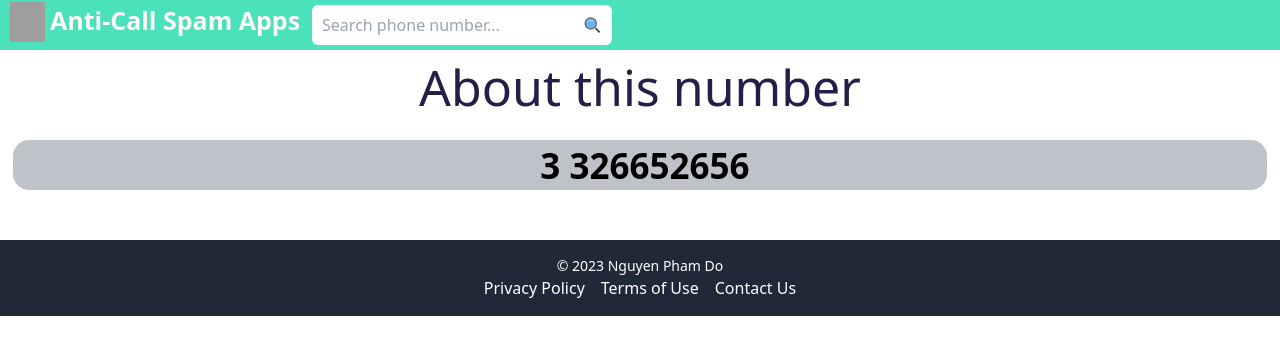
Repository: NPham1402/Web-user-callSpamBlocker
Page: /detail
An editor plug-in stored every save of this project. The page is shown before and after the next save, followed by the edit.
The browser window is 1280 px wide. The pictures show the whole page.
Pictures or frames that could not be fetched are drawn as grey boxes. The page's requests for data from a server got no answer. The project was rebuilt for these pictures with package versions that can differ from the ones it lists, and the page was loaded fresh each time. The framework's server and built-in components were replaced by stand-ins that run in the browser. No one was signed in, and anything a server would have sent is missing. Also part of the build but not shown: next.config.js.

Above is the page before, as saved 2023-02-13 15:50:31.

### pages/detail.js
import axios from "axios";
import Head from "next/head";
import { useRouter } from "next/router";
import React, { useEffect } from "react";
import { FcSearch } from "react-icons/fc";
import MiniCompoent from "./components/miniCompoent";
function detail() {
  const router = useRouter();
  const {
    query: { id },
  } = router;
  useEffect(() => {
    axios.get("");
  }, []);
  return (
    <>
      {" "}
      <Head>
        <title>Check number spam</title>
        <meta name="description" content="Generated by create next app" />
        <meta name="viewport" content="width=device-width, initial-scale=1" />
        <link rel="icon" href="/favicon.ico" />
      </Head>
      <main className="relative">
        <div className="w-100 pl-[10px] pt-[2px] flex flex-row h-[50px] bg-[#4BE1BA]">
          <img
            src="https://static.callblocker.org/img/logo.png"
            className=" w-[35px] h-[40px]"
          />
          <p className="pl-[5px] pt-[6px] leading-none font-Raleway font-bold text-[25px] text-[#FFF8F8] ">
            Anti-Call Spam Apps
          </p>
          <div className="flex flex-row p-[10px] rounded-[6px]  w-[300px] h-[40px] ml-[12px] mt-[3px] bg-white">
            <input
              className="w-full h-full outline-none"
              placeholder="Search phone number..."
            />
            <FcSearch className="text-[20px] cursor-pointer" />
          </div>
        </div>
        <p className=" font-medium text-[50px] text-center text-[#221f49] ">
          About this number
        </p>
        <div className="w-[98%] my-[15px] rounded-[16px]  mx-auto h-[50px] bg-[#bfc3c9]">
          <MiniCompoent
            types="line"
            headerLine="Number Phone"
            contents="3
          326652656"
          />
        </div>
      </main>
      <footer className="bg-gray-800 mt-[50px] text-white py-4">
        <div className="container mx-auto">
          <p className="text-center text-sm">&copy; 2023 Nguyen Pham Do</p>
          <div className="flex justify-center">
            <a href="#" className="text-white mx-2">
              Privacy Policy
            </a>
            <a href="#" className="text-white mx-2">
              Terms of Use
            </a>
            <a href="#" className="text-white mx-2">
              Contact Us
            </a>
          </div>
        </div>
      </footer>
    </>
  );
}

export default detail;

### styles/globals.css
@tailwind base;
@tailwind components;
@tailwind utilities;
@import url('https://fonts.googleapis.com/css2?family=Raleway:ital&display=swap');

### pages/components/miniCompoent.js
import React from "react";

export default function MiniCompoent(props) {
  return props.types == "line" ? (
    <div className="flex flex-row">
      <p className="text-[20px] font-semibold ml-[10px]  my-auto align-text-bottom">
        {props.headerLines}
      </p>
      <p className="text-[35px] m-auto font-bold">{props.contents}</p>
    </div>
  ) : (
    <></>
  );
}

Loaded but not shown: pages/_app.js (common file); pages/_document.js (common file); tailwind.config.js (common file)

After the next save:
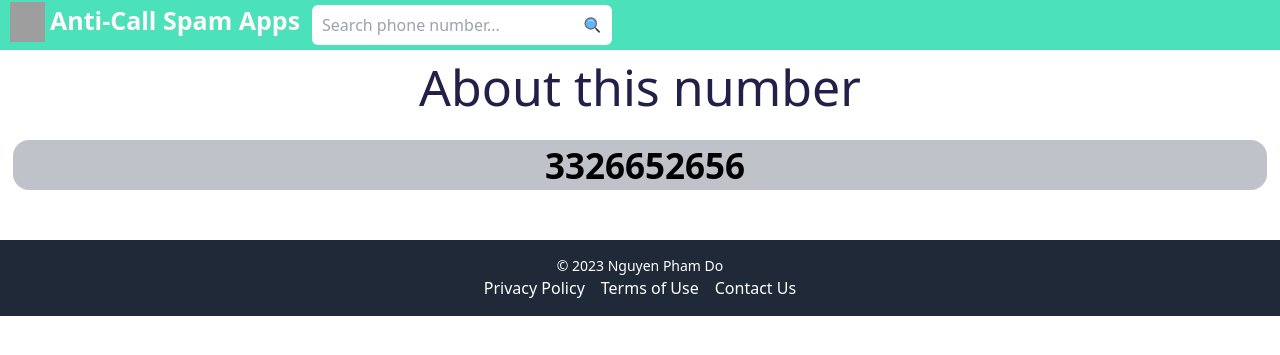
Saved 5 s later.
--- a/pages/detail.js
+++ b/pages/detail.js
@@ -45,8 +45,7 @@ function detail() {
           <MiniCompoent
             types="line"
             headerLine="Number Phone"
-            contents="3
-          326652656"
+            contents="3326652656"
           />
         </div>
       </main>
